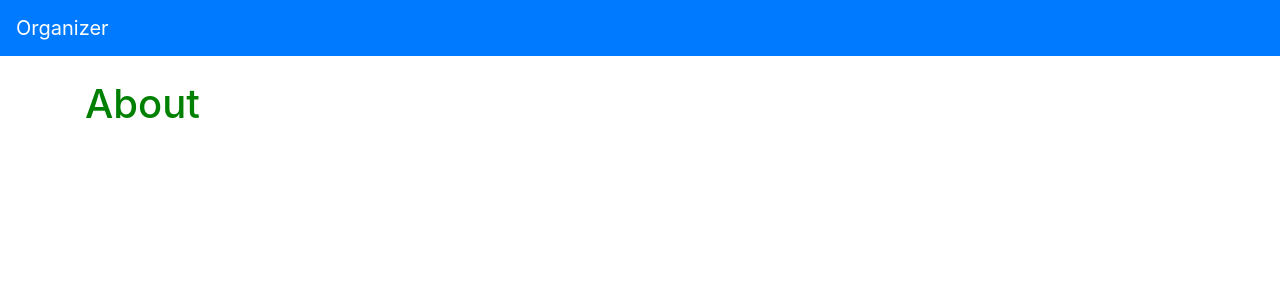
Repository: GregorPiev/orginizer-react-advanced
Page: /about
These files come from the project's save history. The page is drawn as it stood at one moment and after the next save; the edit follows.
The browser window is 1280 px wide. The pictures show the whole page.
The project was rebuilt for these pictures with package versions that can differ from the ones it lists, and the page was loaded fresh each time. Also part of the build but not shown: src/pages/Home/Home.js.

Above is the page before, as saved 2020-08-24 10:12:28.

### src/index.scss
@import "~bootstrap/scss/bootstrap";
body {
	margin: 0;
	font-family: -apple-system, BlinkMacSystemFont, "Segoe UI", "Roboto", "Oxygen",
		"Ubuntu", "Cantarell", "Fira Sans", "Droid Sans", "Helvetica Neue",
		sans-serif;
	-webkit-font-smoothing: antialiased;
	-moz-osx-font-smoothing: grayscale;
}

code {
	font-family: source-code-pro, Menlo, Monaco, Consolas, "Courier New",
		monospace;
}

### src/App.js
import React from 'react';
import { BrowserRouter, Route, Switch } from 'react-router-dom';
import { Home } from './pages/Home/Home';
import { About } from './pages/About/About';
import { Navbar } from './components/Navbar';
function App() {
  return (
    <BrowserRouter>
      <Navbar />
      <div className="container pt-4">
        <Switch>
          <Route path="/" exact component={Home} />
          <Route path="/about" component={About} />
        </Switch>

      </div>
    </BrowserRouter>
  );
}

export default App;

### src/pages/About/About.js
import React, { Fragment } from 'react';
import './About.scss';

export const About = () => {
    return (
        <Fragment>
            <h1>About</h1>
        </Fragment>
    )
}

### src/components/Navbar.js
import React, { Fragment } from 'react';

export const Navbar = () => (
    <nav className="navbar navbar-dark navbar-expand-lg bg-primary">
        <div className="navbar-brand">
            Organizer
        </div>
    </nav>
)

### src/pages/About/About.scss
h1 {
	color: green;
}

Loaded but not shown: public/index.html (common file); src/index.js (common file); src/serviceWorker.js (common file); src/pages/Home/Home.scss (common file)

After the next save:
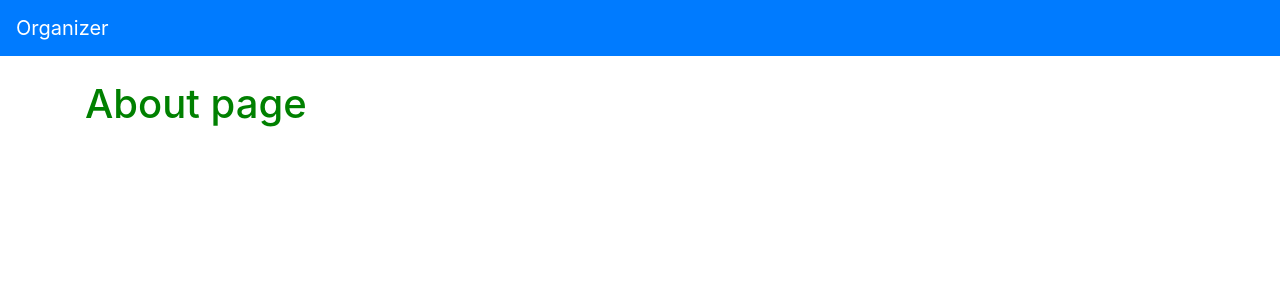
Saved 3 min 39 s later.
--- a/src/pages/About/About.js
+++ b/src/pages/About/About.js
@@ -4,7 +4,7 @@ import './About.scss';
 export const About = () => {
     return (
         <Fragment>
-            <h1>About</h1>
+            <h1 className="about">About page</h1>
         </Fragment>
     )
 }
